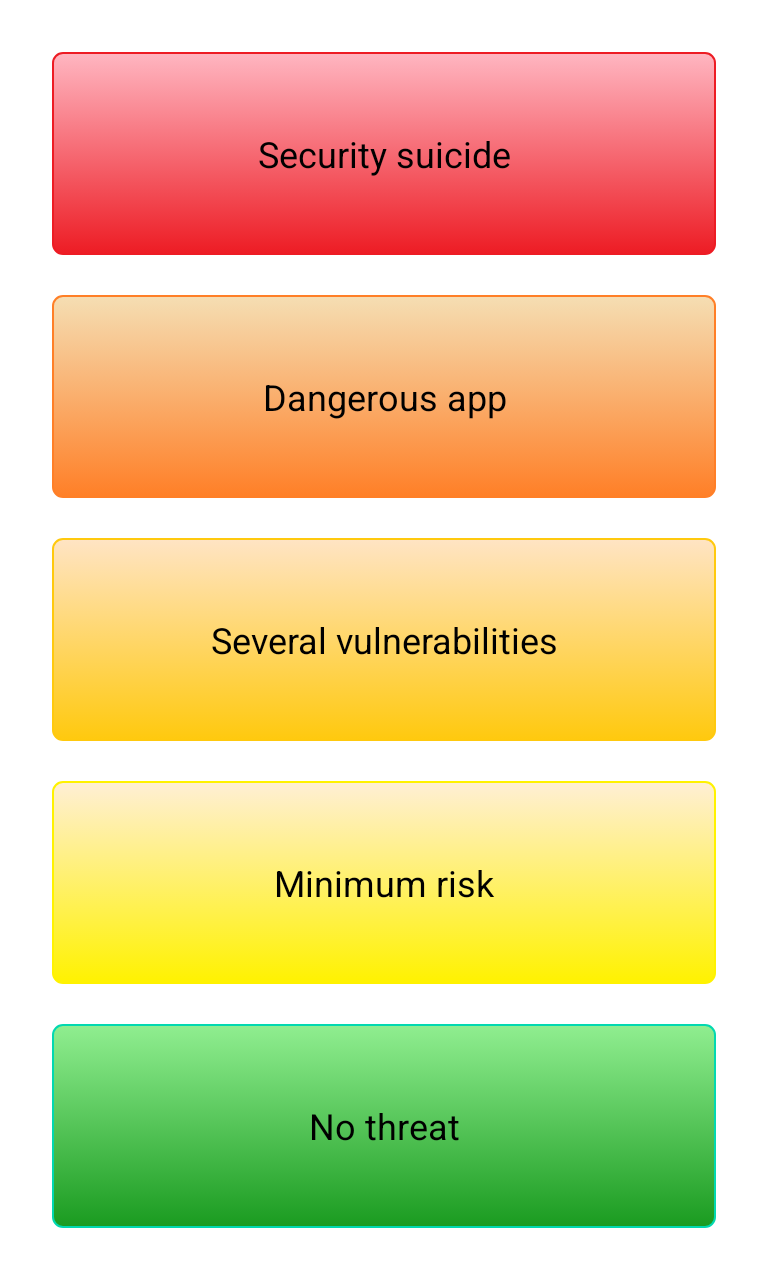
Repository: n0whereman/feidroid
Layout: Src/ApplicationViewer/res/layout/fragment_analysis2.xml
An editor plug-in stored every save of this project. The layout is shown before and after the next save, followed by the edit.
It is drawn on a 768 x 1280 px phone screen (xhdpi) without system bars, with theme android:Theme.Holo.Light; the app's code is not run.

Above is the layout before, as saved 2015-04-25 20:34:10.

After the next save:
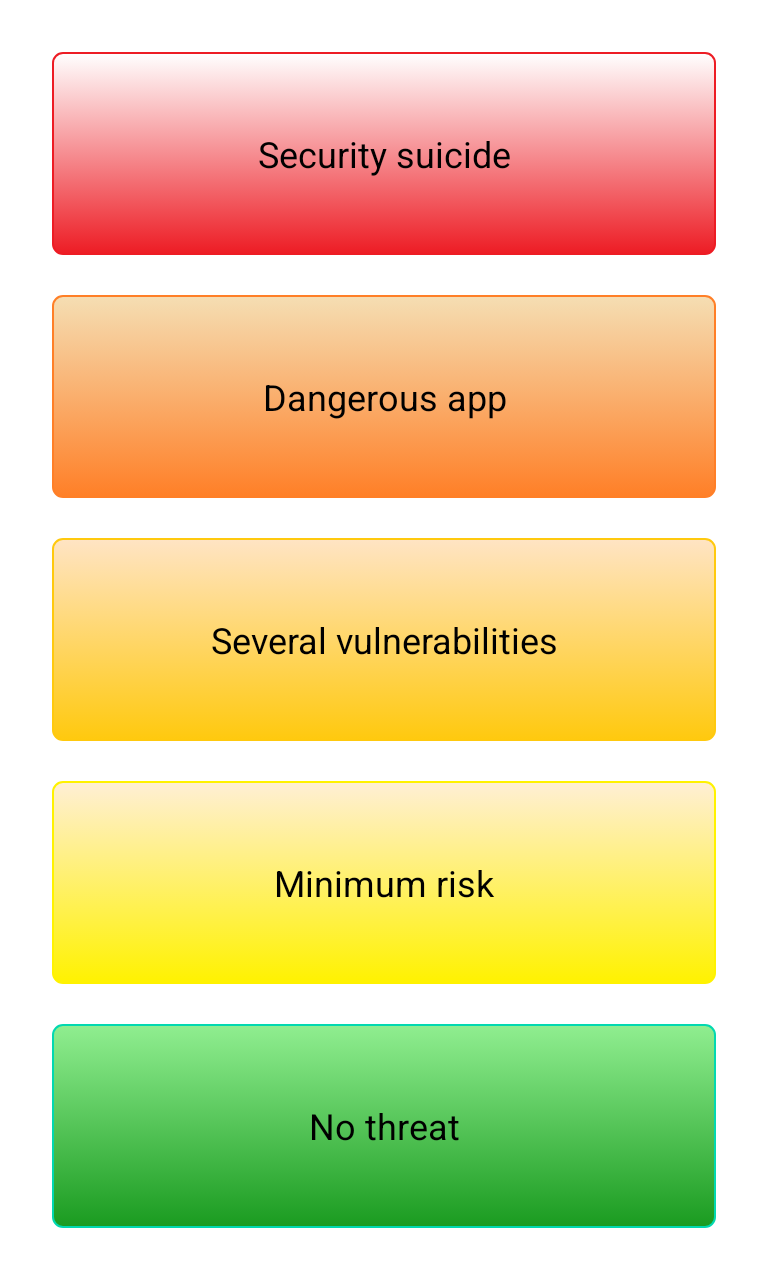
Saved 38 s later.
--- a/Src/ApplicationViewer/res/values/colors.xml
+++ b/Src/ApplicationViewer/res/values/colors.xml
@@ -32,7 +32,7 @@
 	<color name="button_orange">#FF7F27</color>
 
 	<!-- Red -->
-	<color name="red_temp">#FFB6C1</color>
+	<color name="red_temp">FF6666</color>
 	<color name="red_dark">#ED1C24</color>
 	<color name="bright_red">#ED1C24</color>
 	<color name="button_red">#ED1C24</color>
